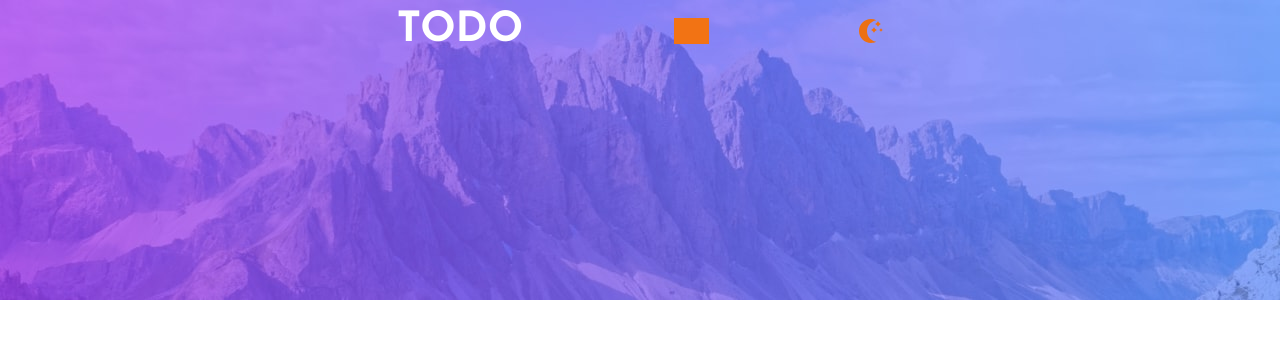
Repository: ikram-lisa/todo-list
Page: /
The author's editor kept a copy of each file at every save. The page is drawn from the files as they stood at one save, then again after the next save.
The browser window is 1280 px wide. The pictures show the whole page.
Pictures or frames that could not be fetched are drawn as grey boxes. The project was rebuilt for these pictures with package versions that can differ from the ones it lists, and the page was loaded fresh each time. Also part of the build but not shown: vite.config.js.

Above is the page before, as saved 2024-05-14 22:29:21.

### src/main.jsx
import React from "react";
import ReactDOM from "react-dom/client";
import App from "./App.jsx";
import "./css/style.scss";
ReactDOM.createRoot(document.getElementById("root")).render(
  <React.StrictMode>
    <App />
  </React.StrictMode>
);

### src/App.jsx
import Defaultlayout from "./layout/defaultlayout";
import Todolist from "./pages/Todolist";
const App = () => {
  return (
    <>
      <Defaultlayout>
        <Todolist />
      </Defaultlayout>
    </>
  );
};
export default App;

### src/css/style.scss
@use "./base/fonts";
@use "./base/variable" as *;

@tailwind base;
@tailwind components;
@tailwind utilities;

body {
  font-size: 18px;
  font-family: "Josefin Sans", sans-serif;
  font-weight: 400;
}

.bg-light-theme {
  background-image: url("../assets/images/bg-desktop-light.jpg");
  background-position: center;
  background-size: cover;
  position: relative;
  overflow-x: hidden;
  overflow-y: hidden;
  width: 100%;
  height: 300px;
}

.bg-dark-theme {
  background-image: url("../assets/images/bg-desktop-dark.jpg");
  background-position: center;
  background-size: cover;
  position: relative;
  overflow-x: hidden;
  overflow-y: hidden;
  width: 100%;
  height: 300px;
}
.theme-content {
  width: 38%;
  margin: 0 auto;
  h1 {
    font-weight: 700;
    color: white;
    font-size: 2.6rem;
  }
  img {
    width: 100%;
    max-width: 35px;
    height: auto;
    display: block;
    cursor: pointer;
    filter: invert(49%) sepia(19%) saturate(25.5) hue-rotate(-12deg)
      brightness(99%);
  }
}

### src/layout/defaultlayout.jsx
const defaultlayout = ({ children }) => {
  return (
    <>
      <section>{children}</section>
    </>
  );
};
export default defaultlayout;

### src/pages/Todolist.jsx
import { useState } from "react";
import Light from "../assets/images/light.svg";
import Dark from "../assets/images/dark.svg";

const Todolist = () => {
  const [theme, setTheme] = useState("light");
  const handleToggle = () => {
    setTheme(theme === "light" ? "dark" : "light");
  };
  return (
    <>
      <section
        className={`theme  ${
          theme === "light" ? "bg-light-theme" : "bg-dark-theme"
        } `}
      >
        <div className="theme-content flex justify-between items-center">
          <h1>TODO</h1>
          <img src="../assets/images/moon.svg" alt="" />
          <button onClick={handleToggle}>
            {theme === "light" ? (
              <img src={Dark} alt="dark mode" />
            ) : (
              <img src={Light} alt="light mode" />
            )}
          </button>
        </div>
      </section>
    </>
  );
};
export default Todolist;

### src/css/base/_fonts.scss
@import url("https://fonts.googleapis.com/css2?family=Josefin+Sans:ital,wght@0,100..700;1,100..700&family=Kumbh+Sans:wght@100..900&family=Montserrat:ital,wght@0,100..900;1,100..900&family=Open+Sans:ital,wght@0,400;0,600;0,700;0,800;1,400;1,700;1,800&family=Poppins:ital,wght@0,200;0,300;0,400;0,500;0,600;0,700;0,800;0,900;1,100;1,200;1,300;1,400;1,500;1,600;1,700;1,800;1,900&display=swap");

### src/css/base/_variable.scss
// ### Light Theme

$VeryLightGray: hsl(0, 0%, 98%);
$VeryLightGrayishBlue: hsl(236, 33%, 92%);
$LightGrayishBlue: hsl(233, 11%, 84%);
$DarkGrayishBlue: hsl(236, 9%, 61%);
$VeryDarkGrayishBlue: hsl(235, 19%, 35%);

// ### Dark Theme

$VeryDarkBlue: hsl(235, 21%, 11%);
$VeryDarkBlue: hsl(235, 24%, 19%);
$LightGrayishBlue: hsl(234, 39%, 85%);
$LightGrayishBlue: hsl(236, 33%, 92%);
$DarkGrayishBlue: hsl(234, 11%, 52%);
$VeryDarkGrayishBlue: hsl(233, 14%, 35%);
$VeryDarkGrayishBlue: hsl(237, 14%, 26%);

Loaded but not shown: index.html (common file); tailwind.config.js (1075 lines, source omitted)

After the next save:
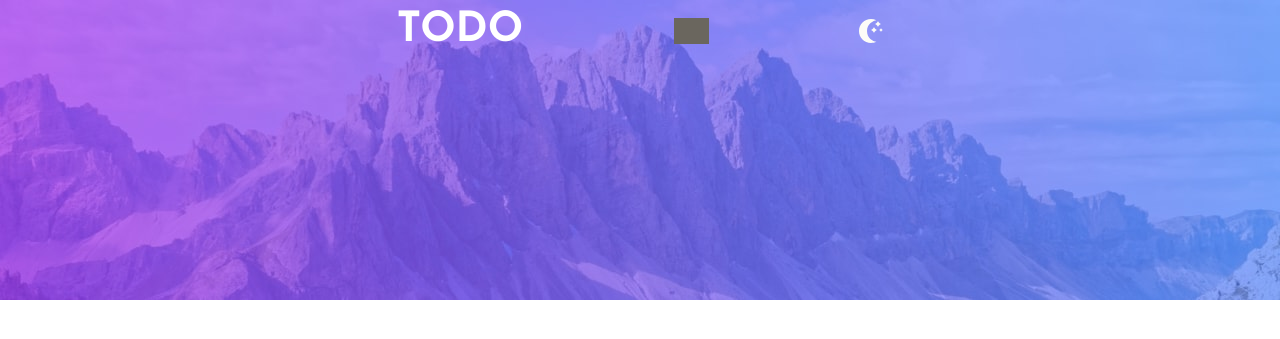
Saved 33 s later.
--- a/src/css/style.scss
+++ b/src/css/style.scss
@@ -46,7 +46,6 @@ body {
     height: auto;
     display: block;
     cursor: pointer;
-    filter: invert(49%) sepia(19%) saturate(25.5) hue-rotate(-12deg)
-      brightness(99%);
+    filter: invert(104%) sepia(29%) brightness(99%);
   }
 }
